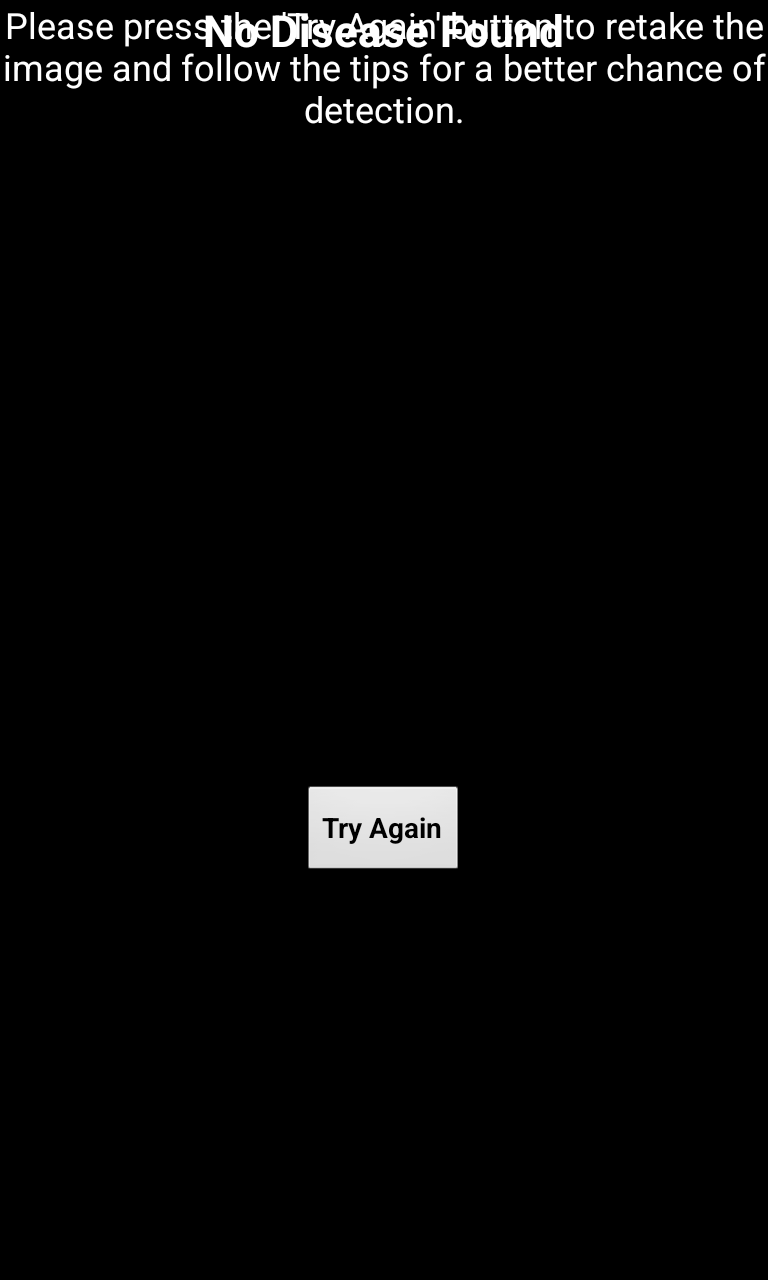
Repository: cephas-digital/phytosenseit
Layout: Eclipse Project /phyto_sense_it/res/layout/noresults.xml
An editor plug-in stored every save of this project. The layout is shown before and after the next save, followed by the edit.
It is drawn on a 768 x 1280 px phone screen (xhdpi) without system bars, with theme android:Theme.NoTitleBar.Fullscreen; the app's code is not run.

Above is the layout before, as saved 2015-07-27 23:20:22.

After the next save:
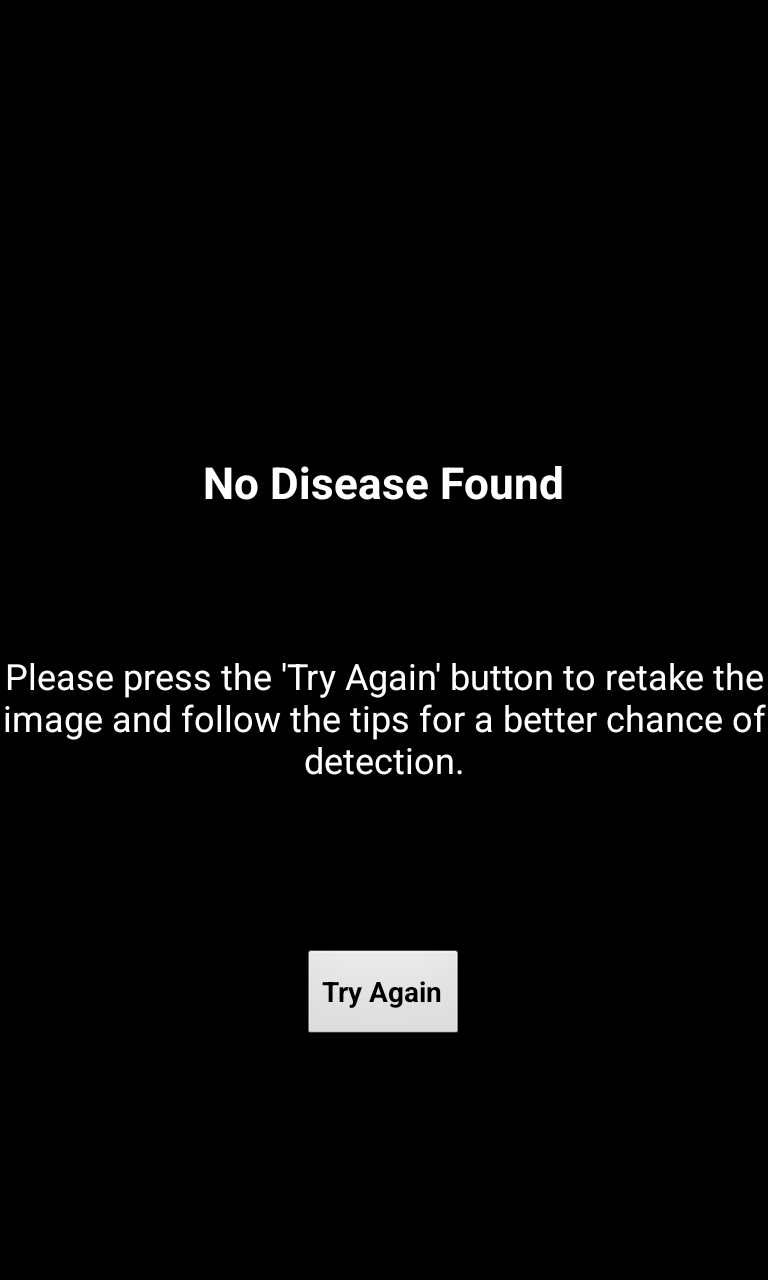
Saved 2 min 37 s later.
--- a/Eclipse Project /phyto_sense_it/res/layout/noresults.xml
+++ b/Eclipse Project /phyto_sense_it/res/layout/noresults.xml
@@ -3,6 +3,17 @@
     android:layout_width="match_parent"
     android:layout_height="match_parent"
     android:orientation="vertical" >
+
+    <TextView
+        android:id="@+id/body"
+        android:layout_width="wrap_content"
+        android:layout_height="wrap_content"
+        android:layout_above="@+id/button"
+        android:layout_alignParentLeft="true"
+        android:layout_marginBottom="82dp"
+        android:gravity="center"
+        android:text="Please press the &apos;Try Again&apos; button to retake the image and follow the tips for a better chance of detection."
+        android:textAppearance="?android:attr/textAppearanceMedium" />
 
     <Button
         android:id="@+id/button"
@@ -10,28 +21,17 @@
         android:layout_height="wrap_content"
         android:layout_alignParentBottom="true"
         android:layout_centerHorizontal="true"
-        android:layout_marginBottom="200dp"
+        android:layout_marginBottom="118dp"
         android:text="Try Again"
         android:textStyle="bold" />
-
-    <TextView
-        android:id="@+id/body"
-        android:layout_width="wrap_content"
-        android:layout_height="wrap_content"
-        android:layout_above="@+id/button1"
-        android:layout_alignParentLeft="true"
-        android:layout_marginBottom="22dp"
-        android:gravity="center"
-        android:text="Please press the &apos;Try Again&apos; button to retake the image and follow the tips for a better chance of detection."
-        android:textAppearance="?android:attr/textAppearanceMedium" />
 
     <TextView
         android:id="@+id/header"
         android:layout_width="wrap_content"
         android:layout_height="wrap_content"
-        android:layout_above="@+id/textView2"
+        android:layout_above="@+id/body"
         android:layout_centerHorizontal="true"
-        android:layout_marginBottom="21dp"
+        android:layout_marginBottom="70dp"
         android:text="No Disease Found"
         android:textAppearance="?android:attr/textAppearanceLarge"
         android:textStyle="bold" />
